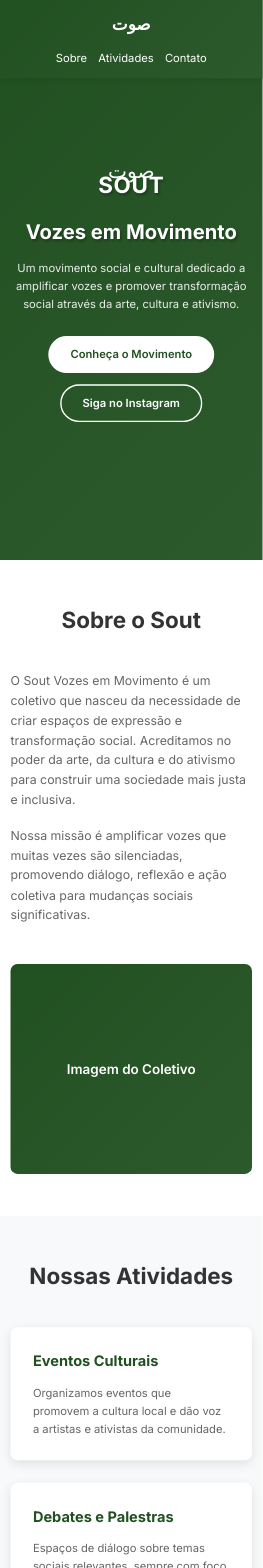
Repository: farukzahra/sout
Page: index.html
The author's editor kept a copy of each file at every save. The page is drawn from the files as they stood at one save, then again after a run of saves.
The browser window is 375 px wide. The pictures show the part of the page from y = 0 to 2240 px (the page is 3551 px tall), at 70% of full size.

Above is the page before, as saved 2025-10-02 13:16:39.

### index.html
<!DOCTYPE html>
<html lang="pt-BR">
<head>
    <meta charset="UTF-8">
    <meta name="viewport" content="width=device-width, initial-scale=1.0">
    <title>Sout Vozes em Movimento</title>
    <meta name="description" content="Sout Vozes em Movimento - Movimento social e cultural">
    <link rel="stylesheet" href="style.css">
    <link href="https://fonts.googleapis.com/css2?family=Inter:wght@300;400;600;700&display=swap" rel="stylesheet">
</head>
<body>
    <header class="header">
        <nav class="nav">
            <div class="nav-brand">
                <h1>صوت</h1>
            </div>
            <ul class="nav-menu">
                <li><a href="#sobre">Sobre</a></li>
                <li><a href="#atividades">Atividades</a></li>
                <li><a href="#contato">Contato</a></li>
            </ul>
        </nav>
    </header>

    <main>
        <section class="hero">
            <div class="hero-content">
                <div class="hero-logo">
                    <div class="logo-combined">
                        <span class="logo-text">صوت</span>
                        <span class="logo-main">SOUT</span>
                    </div>
                </div>
                <h2>Vozes em Movimento</h2>
                <p>Um movimento social e cultural dedicado a amplificar vozes e promover transformação social através da arte, cultura e ativismo.</p>
                <div class="hero-buttons">
                    <a href="#sobre" class="btn btn-primary">Conheça o Movimento</a>
                    <a href="https://www.instagram.com/sout_vozesemmovimento/" target="_blank" class="btn btn-secondary">Siga no Instagram</a>
                </div>
            </div>
        </section>

        <section id="sobre" class="section">
            <div class="container">
                <h2>Sobre o Sout</h2>
                <div class="about-content">
                    <div class="about-text">
                        <p>O Sout Vozes em Movimento é um coletivo que nasceu da necessidade de criar espaços de expressão e transformação social. Acreditamos no poder da arte, da cultura e do ativismo para construir uma sociedade mais justa e inclusiva.</p>
                        <p>Nossa missão é amplificar vozes que muitas vezes são silenciadas, promovendo diálogo, reflexão e ação coletiva para mudanças sociais significativas.</p>
                    </div>
                    <div class="about-image">
                        <div class="placeholder-image">
                            <span>Imagem do Coletivo</span>
                        </div>
                    </div>
                </div>
            </div>
        </section>

        <section id="atividades" class="section section-alt">
            <div class="container">
                <h2>Nossas Atividades</h2>
                <div class="activities-grid">
                    <div class="activity-card">
                        <h3>Eventos Culturais</h3>
                        <p>Organizamos eventos que promovem a cultura local e dão voz a artistas e ativistas da comunidade.</p>
                    </div>
                    <div class="activity-card">
                        <h3>Debates e Palestras</h3>
                        <p>Espaços de diálogo sobre temas sociais relevantes, sempre com foco na transformação social.</p>
                    </div>
                    <div class="activity-card">
                        <h3>Ativismo Social</h3>
                        <p>Participamos ativamente de movimentos e campanhas que lutam por justiça social e direitos humanos.</p>
                    </div>
                </div>
            </div>
        </section>

        <section id="contato" class="section">
            <div class="container">
                <h2>Entre em Contato</h2>
                <div class="contact-content">
                    <div class="contact-info">
                        <h3>Conecte-se Conosco</h3>
                        <p>Siga nossas redes sociais para acompanhar nossas atividades e participar do movimento.</p>
                        <div class="social-links">
                            <a href="https://www.instagram.com/sout_vozesemmovimento/" target="_blank" class="social-link">
                                <span>📷</span> Instagram
                            </a>
                        </div>
                    </div>
                    <div class="contact-form">
                        <h3>Envie uma Mensagem</h3>
                        <form>
                            <input type="text" placeholder="Seu nome" required>
                            <input type="email" placeholder="Seu email" required>
                            <textarea placeholder="Sua mensagem" rows="5" required></textarea>
                            <button type="submit" class="btn btn-primary">Enviar Mensagem</button>
                        </form>
                    </div>
                </div>
            </div>
        </section>
    </main>

    <footer class="footer">
        <div class="container">
            <p>&copy; 2024 Sout Vozes em Movimento. Todos os direitos reservados.</p>
            <p>Feito com ❤️ para transformar o mundo</p>
        </div>
    </footer>

    <script>
        // Smooth scrolling para links internos
        document.querySelectorAll('a[href^="#"]').forEach(anchor => {
            anchor.addEventListener('click', function (e) {
                e.preventDefault();
                const target = document.querySelector(this.getAttribute('href'));
                if (target) {
                    target.scrollIntoView({
                        behavior: 'smooth',
                        block: 'start'
                    });
                }
            });
        });

        // Formulário de contato (funcionalidade básica)
        document.querySelector('form').addEventListener('submit', function(e) {
            e.preventDefault();
            alert('Obrigado pela sua mensagem! Entraremos em contato em breve.');
            this.reset();
        });
    </script>
</body>
</html>

### style.css
/* Reset e configurações básicas */
* {
    margin: 0;
    padding: 0;
    box-sizing: border-box;
}

body {
    font-family: 'Inter', sans-serif;
    line-height: 1.6;
    color: #333;
    background-color: #fff;
}

.container {
    max-width: 1200px;
    margin: 0 auto;
    padding: 0 20px;
}

/* Header */
.header {
    background: linear-gradient(135deg, #215021 0%, #2d5a2d 100%);
    color: white;
    padding: 1rem 0;
    position: fixed;
    top: 0;
    width: 100%;
    z-index: 1000;
    box-shadow: 0 2px 10px rgba(0,0,0,0.1);
}

.nav {
    display: flex;
    justify-content: space-between;
    align-items: center;
    max-width: 1200px;
    margin: 0 auto;
    padding: 0 20px;
}

.nav-brand h1 {
    font-size: 1.5rem;
    font-weight: 700;
    direction: rtl;
}

.hero-logo {
    margin-bottom: 2rem;
}

.logo-combined {
    display: flex;
    flex-direction: column;
    align-items: center;
    justify-content: center;
    gap: 0;
}

.hero-logo .logo-text {
    font-size: 2.5rem;
    direction: rtl;
    line-height: 0.6;
    font-weight: 500;
    font-family: 'Inter', 'Arial', sans-serif;
    margin-top: -0.2rem;
}

.hero-logo .logo-main {
    font-size: 3.5rem;
    font-weight: 900;
    letter-spacing: 4px;
    text-shadow: 2px 2px 4px rgba(0,0,0,0.3);
    line-height: 0.6;
    font-family: 'Inter', 'Arial', sans-serif;
}

.hero-logo .logo-subtitle {
    font-size: 1.2rem;
    opacity: 0.9;
}

.nav-menu {
    display: flex;
    list-style: none;
    gap: 2rem;
}

.nav-menu a {
    color: white;
    text-decoration: none;
    font-weight: 500;
    transition: opacity 0.3s ease;
}

.nav-menu a:hover {
    opacity: 0.8;
}

/* Hero Section */
.hero {
    background: linear-gradient(135deg, #215021 0%, #2d5a2d 100%);
    color: white;
    padding: 120px 0 80px;
    text-align: center;
    min-height: 100vh;
    display: flex;
    align-items: center;
    justify-content: center;
}


.hero-content h2 {
    font-size: 3rem;
    font-weight: 700;
    margin-bottom: 1rem;
    text-shadow: 2px 2px 4px rgba(0,0,0,0.3);
}

.hero-content {
    max-width: 800px;
    margin: 0 auto;
    padding: 0 20px;
}

.hero-content p {
    font-size: 1.2rem;
    margin-bottom: 2rem;
    max-width: 600px;
    margin-left: auto;
    margin-right: auto;
    opacity: 0.9;
}

.hero-buttons {
    display: flex;
    gap: 1rem;
    justify-content: center;
    flex-wrap: wrap;
}

/* Botões */
.btn {
    display: inline-block;
    padding: 12px 30px;
    text-decoration: none;
    border-radius: 50px;
    font-weight: 600;
    transition: all 0.3s ease;
    border: 2px solid transparent;
}

.btn-primary {
    background: white;
    color: #215021;
    border-color: white;
}

.btn-primary:hover {
    background: transparent;
    color: white;
    border-color: white;
}

.btn-secondary {
    background: transparent;
    color: white;
    border-color: white;
}

.btn-secondary:hover {
    background: white;
    color: #215021;
}

/* Seções */
.section {
    padding: 80px 0;
}

.section-alt {
    background-color: #f8f9fa;
}

.section h2 {
    text-align: center;
    font-size: 2.5rem;
    margin-bottom: 3rem;
    color: #333;
}

/* Sobre */
.about-content {
    display: grid;
    grid-template-columns: 2fr 1fr;
    gap: 3rem;
    align-items: center;
}

.about-text p {
    font-size: 1.1rem;
    margin-bottom: 1.5rem;
    color: #666;
}

.placeholder-image {
    background: linear-gradient(135deg, #215021 0%, #2d5a2d 100%);
    height: 300px;
    border-radius: 10px;
    display: flex;
    align-items: center;
    justify-content: center;
    color: white;
    font-size: 1.2rem;
    font-weight: 600;
}

/* Atividades */
.activities-grid {
    display: grid;
    grid-template-columns: repeat(auto-fit, minmax(300px, 1fr));
    gap: 2rem;
}

.activity-card {
    background: white;
    padding: 2rem;
    border-radius: 10px;
    box-shadow: 0 5px 15px rgba(0,0,0,0.1);
    transition: transform 0.3s ease, box-shadow 0.3s ease;
}

.activity-card:hover {
    transform: translateY(-5px);
    box-shadow: 0 10px 25px rgba(0,0,0,0.15);
}

.activity-card h3 {
    color: #215021;
    margin-bottom: 1rem;
    font-size: 1.3rem;
}

.activity-card p {
    color: #666;
    line-height: 1.6;
}

/* Contato */
.contact-content {
    display: grid;
    grid-template-columns: 1fr 1fr;
    gap: 3rem;
}

.contact-info h3 {
    color: #215021;
    margin-bottom: 1rem;
    font-size: 1.5rem;
}

.contact-info p {
    color: #666;
    margin-bottom: 2rem;
}

.social-links {
    display: flex;
    gap: 1rem;
}

.social-link {
    display: flex;
    align-items: center;
    gap: 0.5rem;
    padding: 10px 20px;
    background: linear-gradient(135deg, #215021 0%, #2d5a2d 100%);
    color: white;
    text-decoration: none;
    border-radius: 25px;
    transition: transform 0.3s ease;
}

.social-link:hover {
    transform: translateY(-2px);
}

.contact-form h3 {
    color: #215021;
    margin-bottom: 1rem;
    font-size: 1.5rem;
}

.contact-form form {
    display: flex;
    flex-direction: column;
    gap: 1rem;
}

.contact-form input,
.contact-form textarea {
    padding: 12px;
    border: 2px solid #e1e5e9;
    border-radius: 5px;
    font-family: inherit;
    font-size: 1rem;
    transition: border-color 0.3s ease;
}

.contact-form input:focus,
.contact-form textarea:focus {
    outline: none;
    border-color: #215021;
}

.contact-form textarea {
    resize: vertical;
    min-height: 120px;
}

/* Footer */
.footer {
    background: #333;
    color: white;
    text-align: center;
    padding: 2rem 0;
}

.footer p {
    margin-bottom: 0.5rem;
}

/* Responsividade */
@media (max-width: 768px) {
    .nav {
        flex-direction: column;
        gap: 1rem;
    }

    .nav-menu {
        gap: 1rem;
    }

    .logo-combined {
        gap: 0;
    }

    .hero-logo .logo-text {
        font-size: 2.2rem;
        line-height: 0.7;
    }

    .hero-logo .logo-main {
        font-size: 2.5rem;
        line-height: 0.7;
        letter-spacing: 2px;
    }

    .hero-content h2 {
        font-size: 2rem;
    }

    .hero-buttons {
        flex-direction: column;
        align-items: center;
    }

    .about-content,
    .contact-content {
        grid-template-columns: 1fr;
        gap: 2rem;
    }

    .activities-grid {
        grid-template-columns: 1fr;
    }

    .section h2 {
        font-size: 2rem;
    }
}

@media (max-width: 480px) {
    .hero {
        padding: 100px 0 60px;
    }

    .logo-combined {
        gap: 0;
    }

    .hero-logo .logo-text {
        font-size: 1.8rem;
        line-height: 0.7;
    }

    .hero-logo .logo-main {
        font-size: 2rem;
        line-height: 0.7;
        letter-spacing: 1px;
    }

    .hero-content h2 {
        font-size: 1.8rem;
    }

    .hero-content p {
        font-size: 1rem;
    }

    .section {
        padding: 60px 0;
    }

    .container {
        padding: 0 15px;
    }
}

After the next 2 saves:
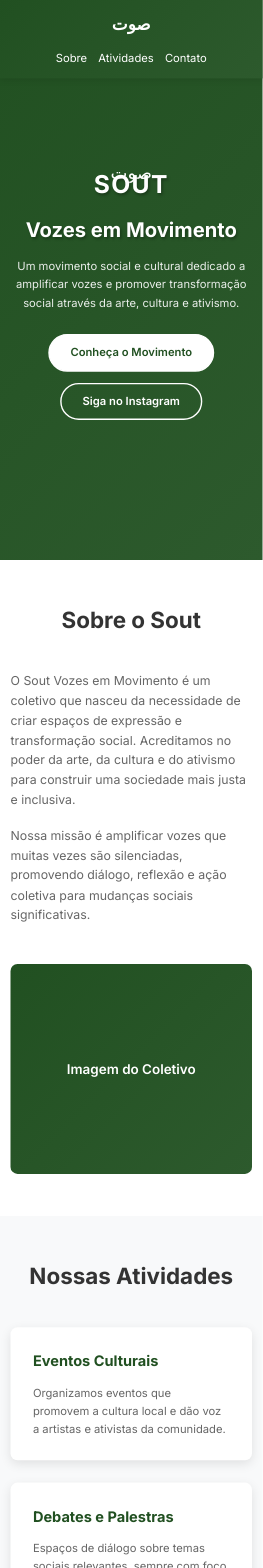
The 2 saves are shown as one change because they came seconds apart.
The last was saved 8 s later.
--- a/style.css
+++ b/style.css
@@ -346,14 +346,15 @@ body {
     }
 
     .hero-logo .logo-text {
-        font-size: 2.2rem;
-        line-height: 0.7;
+        font-size: 2rem;
+        line-height: 0.6;
+        margin-top: -0.1rem;
     }
 
     .hero-logo .logo-main {
-        font-size: 2.5rem;
-        line-height: 0.7;
-        letter-spacing: 2px;
+        font-size: 2.8rem;
+        line-height: 0.6;
+        letter-spacing: 3px;
     }
 
     .hero-content h2 {
@@ -390,14 +391,15 @@ body {
     }
 
     .hero-logo .logo-text {
-        font-size: 1.8rem;
-        line-height: 0.7;
+        font-size: 1.6rem;
+        line-height: 0.6;
+        margin-top: -0.1rem;
     }
 
     .hero-logo .logo-main {
-        font-size: 2rem;
-        line-height: 0.7;
-        letter-spacing: 1px;
+        font-size: 2.2rem;
+        line-height: 0.6;
+        letter-spacing: 2px;
     }
 
     .hero-content h2 {
